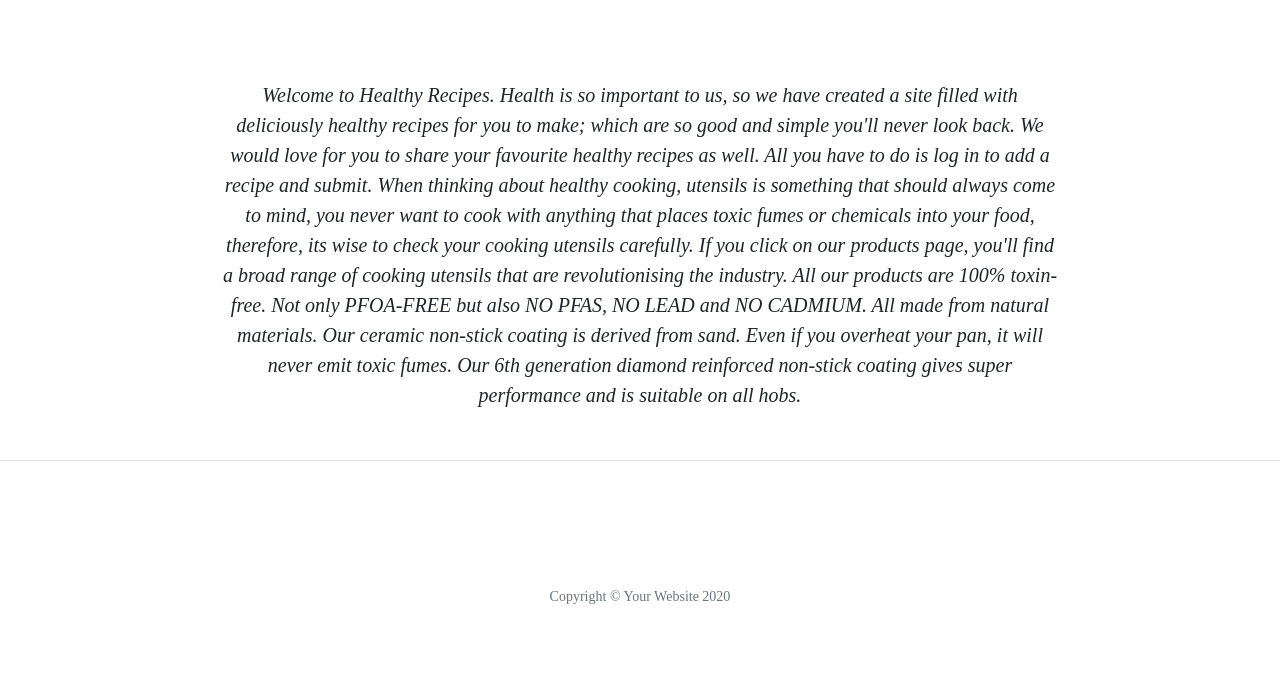
Repository: saffiya/cookbook
Page: http://localhost/
The author's editor kept a record of every edit. The page is drawn from the files as they stood at one moment, then again after the next edit.
The browser window is 1280 px wide. The pictures show the part of the page from y = 704 to 1396 px (the page is 1396 px tall).
The page is served by the project's application, run on Flask 3 (app.py). Other server files are loaded and not shown.

Above is the page before.

### templates/index.html
{% extends 'base.html' %} {% block content %}
<div class="row">
    <div class="col-lg-12 col-md-10 mx-auto intro-text">
        <p>Welcome to Healthy Recipes. Health is so important to us, so we have created a site filled with deliciously healthy recipes for you to make; which are so good and simple you'll never look back. We would love for you to share your favourite healthy
            recipes as well. All you have to do is log in to add a recipe and submit. When thinking about healthy cooking, utensils is something that should always come to mind, you never want to cook with anything that places toxic fumes or chemicals
            into your food, therefore, its wise to check your cooking utensils carefully. If you click on our products page, you'll find a broad range of cooking utensils that are revolutionising the industry. All our products are 100% toxin-free. Not
            only PFOA-FREE but also NO PFAS, NO LEAD and NO CADMIUM. All made from natural materials. Our ceramic non-stick coating is derived from sand. Even if you overheat your pan, it will never emit toxic fumes. Our 6th generation diamond reinforced
            non-stick coating gives super performance and is suitable on all hobs.
        </p>
    </div>
</div>
{% endblock %}

### templates/base.html
<!DOCTYPE html>
<html lang="en">

<head>
    <meta charset="UTF-8">
    <meta name="viewport" content="width=device-width, initial-scale=1.0">
    <meta http-equiv="X-UA-Compatible" content="ie=edge">
    <link rel="stylesheet" href="{{ url_for('static', filename='vendor/bootstrap/css/bootstrap.min.css') }}">
    <link href="https://fonts.googleapis.com/icon?family=Material+Icons" rel="stylesheet">
    <link rel="stylesheet" href="https://cdnjs.cloudflare.com/ajax/libs/materialize/1.0.0/css/materialize.min.css">
    <link rel="stylesheet" href="{{ url_for('static', filename='css/clean-blog.min.css') }}" type="text/css" />
    <link rel="stylesheet" href="{{ url_for('static', filename='css/style.css') }}" type="text/css" />


    <title>Home Page</title>
</head>

<body>
    Navigation
    <nav class="navbar navbar-expand-lg navbar-light fixed-top" id="mainNav">
        <div class="container">
            <a class="navbar-brand navbar-brand" href="{{ url_for('index') }}">Healthy Recipes</a>
            <button class="navbar-toggler navbar-toggler-right" type="button" data-toggle="collapse" data-target="#navbarResponsive" aria-controls="navbarResponsive" aria-expanded="false" aria-label="Toggle navigation">
         Menu
         <i class="fas fa-bars"></i>
             </button>
            <div class="collapse navbar-collapse" id="navbarResponsive">
                <ul class="navbar-nav ml-auto">
                    <li class="nav-item">
                        <a class="nav-link" href="{{ url_for('index') }}">Home</a>
                    </li>
                    <li class="nav-item">
                        <a class="nav-link" href="{{ url_for('recipes') }}"> Recipes</a>
                    </li>
                    <li class="nav-item">
                        <a class="nav-link" href="{{ url_for('products') }}">Our Products</a>
                    </li>
                    {% if session.user %}
                    <li class="nav-item {% if 'profile' in request.path %} active {% endif %}">
                        <a class="nav-link" href="{{url_for('profile', user=session.user)}}">Profile</a>
                    </li>
                    <li class="nav-item hidden-md-down">
                        <a class="nav-link" href="{{url_for('logout')}}">Logout</a>
                    </li>
                    {% else %}
                    <li class="nav-item hidden-md-down {% if 'register' in request.path %} active {% endif %}">
                        <a class="nav-link" href="{{url_for('register')}}">Register</a>
                    </li>
                    <li class="nav-item hidden-md-down {% if 'login' in request.path %} active {% endif %}">
                        <a class="nav-link" href="{{url_for('login')}}">Login</a>
                    </li>
                    {% endif %}
                </ul>
            </div>
        </div>
    </nav>


    <!-- Page Header -->
    {% if session.user %}
    <header class="masthead" style="background-image: url('{{ url_for('static', filename='img/spices_background.jpeg') }}')">
        <div class="overlay"></div>
        <div class="container">
            <div class="row">
                <div class="col-lg-8 col-md-10 mx-auto">
                    <div class="site-heading">
                        <h2>Healthy Recipes</h2>
                        <span class="subheading">Clean, healthy recipes to spice up your life. Enjoy our collection of healthy recipes and if you have any that you'd like to share click the button below. To make your life even easier, check out our products page for our range of kitchen tools.
                        </span>
                        <div class="button">
                            <a class="waves-effect waves-light btn" href="{{ url_for('addrecipe') }}">Add Recipe</a>
                        </div>
                    </div>
                </div>
            </div>
        </div>
    </header>
    {% else %}
    <header class="masthead" style="background-image: url('{{ url_for('static', filename='img/spices_background.jpeg') }}')">
        <div class="overlay"></div>
        <div class="container">
            <div class="row">
                <div class="col-lg-8 col-md-10 mx-auto">
                    <div class="site-heading">
                        <h2>Healthy Recipes</h2>
                        <span class="subheading">Clean, healthy recipes to spice up your life. Enjoy our collection of healthy recipes and if you have any that you'd like to share please log in and add your personal favourites. To make your life even easier, check out our products page for our range of kitchen tools. </span>
                    </div>
                </div>
            </div>
        </div>
    </header>
    {% endif %}

    <!-- Main Content -->
    <div class="container">

        {% block content %} {% endblock %}

    </div>

    <hr>

    <!-- Footer -->
    <footer>
        <div class="container">
            <div class="row">
                <div class="col-lg-8 col-md-10 mx-auto">
                    <ul class="list-inline text-center">
                        <li class="list-inline-item">
                            <a href="#">
                <span class="fa-stack fa-lg">
                  <i class="fas fa-circle fa-stack-2x"></i>
                  <i class="fab fa-twitter fa-stack-1x fa-inverse"></i>
                </span>
              </a>
                        </li>
                        <li class="list-inline-item">
                            <a href="#">
                <span class="fa-stack fa-lg">
                  <i class="fas fa-circle fa-stack-2x"></i>
                  <i class="fab fa-facebook-f fa-stack-1x fa-inverse"></i>
                </span>
              </a>
                        </li>
                        <li class="list-inline-item">
                            <a href="#">
                <span class="fa-stack fa-lg">
                  <i class="fas fa-circle fa-stack-2x"></i>
                  <i class="fab fa-github fa-stack-1x fa-inverse"></i>
                </span>
              </a>
                        </li>
                    </ul>
                    <p class="copyright text-muted">Copyright &copy; Your Website 2020</p>
                </div>
            </div>
        </div>
    </footer>

    <!-- Bootstrap core JavaScript -->
    <script src="{{ url_for('static', filename='vendor/jquery/jquery.min.js') }}"></script>
    <script src="{{ url_for('static', filename='vendor/bootstrap/js/bootstrap.bundle.min.js') }}"></script>

    <!-- Materialize -->
    <script src="https://cdnjs.cloudflare.com/ajax/libs/materialize/1.0.0/js/materialize.min.js"></script>
    <script type="text/javascript">
        $(document).ready(function() { $('select').formSelect(); });
    </script>


    <!-- Custom scripts for this template -->
    <script src="{{ url_for('static', filename='js/clean-blog.min.js') }}"></script>


</body>

</html>

### app.py
import os
import json
from flask import Flask, render_template, redirect, request, session, url_for, flash
from flask_pymongo import PyMongo
from bson.objectid import ObjectId
from slugify import slugify
from werkzeug.security import generate_password_hash, check_password_hash



app = Flask(__name__)
app.config["MONGO_DBNAME"] = 'cookbook'
app.config["MONGO_URI"] = 'mongodb+srv://saffiya:St4rl1ght@myfirstcluster-ysd9s.mongodb.net/cookbook?retryWrites=true&w=majority'
app.config['SECRET_KEY'] = "secretkey"

mongo = PyMongo(app)

@app.route('/')

@app.route("/")
def index():
    return render_template("index.html")

@app.route("/products")
def products():
    return render_template("products.html", page_title="Our Products")

@app.route("/addrecipe.html")
def addrecipe():
    return render_template("addrecipe.html",
    categories=mongo.db.categories.find(), page_title="Add A Recipe")

@app.route('/edit_recipe/<recipe_id>')
def edit_recipe(recipe_id):
	the_recipe = mongo.db.recipes.find_one({"_id": ObjectId(recipe_id)})
	all_categories = mongo.db.categories.find()
	return render_template('editrecipe.html', recipe=the_recipe, categories=all_categories, page_title="Edit Recipe")

@app.route('/update_recipe/<recipe_id>', methods=["POST"])
def update_recipe(recipe_id):
	recipes = mongo.db.recipes
	recipes.update( {'_id': ObjectId(recipe_id)},
	{
		'name':request.form.get['recipe.name'],
		'time':request.form.get['recipe.time'],
		'serves':request.form.get['recipe.serves'],
		'difficulty':request.form.get['recipe.difficulty'],
		'category_name':request.form.get['recipe.category_name'],
		'description':request.form.get['recipe.description'],
		'image_source':request.form.get['recipe.image_source'],
		'ingredients':request.form.get['recipe.ingredients'],
		'method_one':request.form.get['recipe.method_one'],
		'method_two':request.form.get['recipe.method_two'],
		'method_three':request.form.get['recipe.method_three'],
		'method_four':request.form.get['recipe.method_four'],
	})
	return redirect(url_for('recipes'))

@app.route('/delete_recipe/<recipe_id>')
def delete_recipe(recipe_id):
	mongo.db.recipes.remove({'_id': ObjectId(recipe_id)})
	return redirect(url_for('recipes'))

@app.route('/search', methods=['GET'])
def search():
	recipes = mongo.db.recipes.find({ 'name': { '$regex': request.args.get('q'), '$options': 'i' } })
	return render_template("recipes.html", page_title="Recipes", recipes=recipes)

@app.route('/search_ingredients', methods=['GET'])
def search_ingredients():
	recipes = mongo.db.recipes.find({ 'ingredients': { '$regex': request.args.get('q'), '$options': 'i' } })
	return render_template("recipes.html", page_title="Recipes", recipes=recipes)


@app.route('/insert_recipe', methods=['POST'])
def insert_recipe():
    sluggify_url = slugify(request.form.get("name"))
    recipes = mongo.db.recipes
    recipe_id = recipes.insert_one(request.form.to_dict())
    myrecipe = { }
    recipe = mongo.db.recipes.find_one_and_update({'_id': ObjectId(recipe_id.inserted_id)}, {'$set': {'sluggify_url': sluggify_url}})
    recipe = mongo.db.recipes.find_one_and_update({'_id': ObjectId(recipe_id.inserted_id)}, {'$set': {'username': session['user']}})

    return redirect(url_for('recipes_recipe', recipe_id = recipe_id.inserted_id, sluggify_url = sluggify_url))


@app.route("/recipes")
def recipes():
    recipes = mongo.db.recipes.find()
    return render_template("recipes.html", page_title="Recipes", recipes=recipes)

@app.route("/recipes/<recipe_id>/<sluggify_url>")
def recipes_recipe(recipe_id, sluggify_url):
    recipe = mongo.db.recipes.find_one({"_id": ObjectId(recipe_id)})
    return render_template("recipe.html", recipe=recipe)


# Login
@app.route('/login', methods=['GET'])
def login():
	# Check if user is not logged in already
	if 'user' in session:
		user_in_db = mongo.db.users.find_one({"username": session['user']})
		if user_in_db:
			# If so redirect user to his profile
			flash("You are logged in already!")
			return redirect(url_for('profile', user=user_in_db['username']))
	else:
		# Render the page for user to be able to log in
		return render_template("login.html")

# Check user login details from login form
@app.route('/user_auth', methods=['POST'])
def user_auth():
	form = request.form.to_dict()
	user_in_db = mongo.db.users.find_one({"username": form['username']})
	# Check for user in database
	if user_in_db:
		# If passwords match (hashed / real password)
		if check_password_hash(user_in_db['password'], form['user_password']):
			# Log user in (add to session)
			session['user'] = form['username']
			# If the user is admin redirect him to admin area
			if session['user'] == "admin":
				return redirect(url_for('admin'))
			else:
				flash("You were logged in!")
				return redirect(url_for('profile', user=user_in_db['username']))

		else:
			flash("Wrong password or user name!")
			return redirect(url_for('login'))
	else:
		flash("You must be registered!")
		return redirect(url_for('register'))

# Sign up
@app.route('/register', methods=['GET', 'POST'])
def register():
	# Check if user is not logged in already
	if 'user' in session:
		flash('You are already sign in!')
		return redirect(url_for('index'))
	if request.method == 'POST':
		form = request.form.to_dict()
		# Check if the password and password1 actualy match
		if form['user_password'] == form['user_password1']:
			# If so try to find the user in db
			user = mongo.db.users.find_one({"username" : form['username']})
			if user:
				flash(f"{form['username']} already exists!")
				return redirect(url_for('register'))
			# If user does not exist register new user
			else:
				# Hash password
				hash_pass = generate_password_hash(form['user_password'])
				#Create new user with hashed password
				mongo.db.users.insert_one(
					{
						'username': form['username'],
						'email': form['email'],
						'password': hash_pass
					}
				)
				# Check if user is actualy saved
				user_in_db = mongo.db.users.find_one({"username": form['username']})
				if user_in_db:
					# Log user in (add to session)
					session['user'] = user_in_db['username']
					return redirect(url_for('profile', user=user_in_db['username']))
				else:
					flash("There was a problem savaing your profile")
					return redirect(url_for('register'))

		else:
			flash("Passwords dont match!")
			return redirect(url_for('register'))

	return render_template("register.html")

# Log out
@app.route('/logout')
def logout():
	# Clear the session
	session.clear()
	flash('You were logged out!')
	return redirect(url_for('index'))

# Profile Page
@app.route('/profile/<user>')
def profile(user):
	# Check if user is logged in
	if 'user' in session:
		# If so get the user and pass him to template for now
		user_in_db = mongo.db.users.find_one({"username": user})
		recipes = mongo.db.recipe.find({"username": session['user']})
		return render_template('profile.html', user=user_in_db, recipes=recipes)
	else:
		flash("You must be logged in!")
		return redirect(url_for('index'))

if __name__ == '__main__':
    app.run(host=os.environ.get('IP'),
        port=int(os.environ.get('PORT')),
        debug=True)

### static/css/style.css
.col-md-5 img {
    width: inherit;
}

.btn {
    padding: 0px 0px;
}

.btn_small {
    margin: 5px 5px;
    padding: 0 0.5em;
}

#alerts {
    position: absolute;
    display: none;
    min-height: 50px;
    top: 95%;
    left: 0;
    z-index: 999;
    background-color: rgba(0, 0, 0, 0.5);
    color: #ffffff;
}

#alerts p {
    margin: 10px 0px;
}

@media only screen and (min-width:992px) {
    #mainNav {
        border-bottom: 1px solid transparent;
        background: 0 0
    }
    #mainNav .navbar-brand {
        padding: 0px 10px;
        color: #fff
    }
    #mainNav .navbar-brand:focus,
    #mainNav .navbar-brand:hover {
        color: rgba(255, 255, 255, .8)
    }
    #mainNav .navbar-nav>li.nav-item>a {
        padding: 10px 10px;
        color: #fff
    }
    #mainNav .navbar-nav>li.nav-item>a:focus,
    #mainNav .navbar-nav>li.nav-item>a:hover {
        color: rgba(255, 255, 255, .8)
    }
}

/* ------ All screens smaller then an IPad (768 x 1024)----*/

@media (max-width:768px) {
    .intro-text {
        color: #212529;
        font-style: italic;
        text-align: center;
        font-size: initial;
    }
}



.intro-title {
    text-align: center;
}

.intro-text {
    color: #212529;
    font-style: italic;
    text-align: center;
}

Loaded but not shown: static/css/clean-blog.min.css (library); static/js/clean-blog.min.js (common file)

After the next edit:
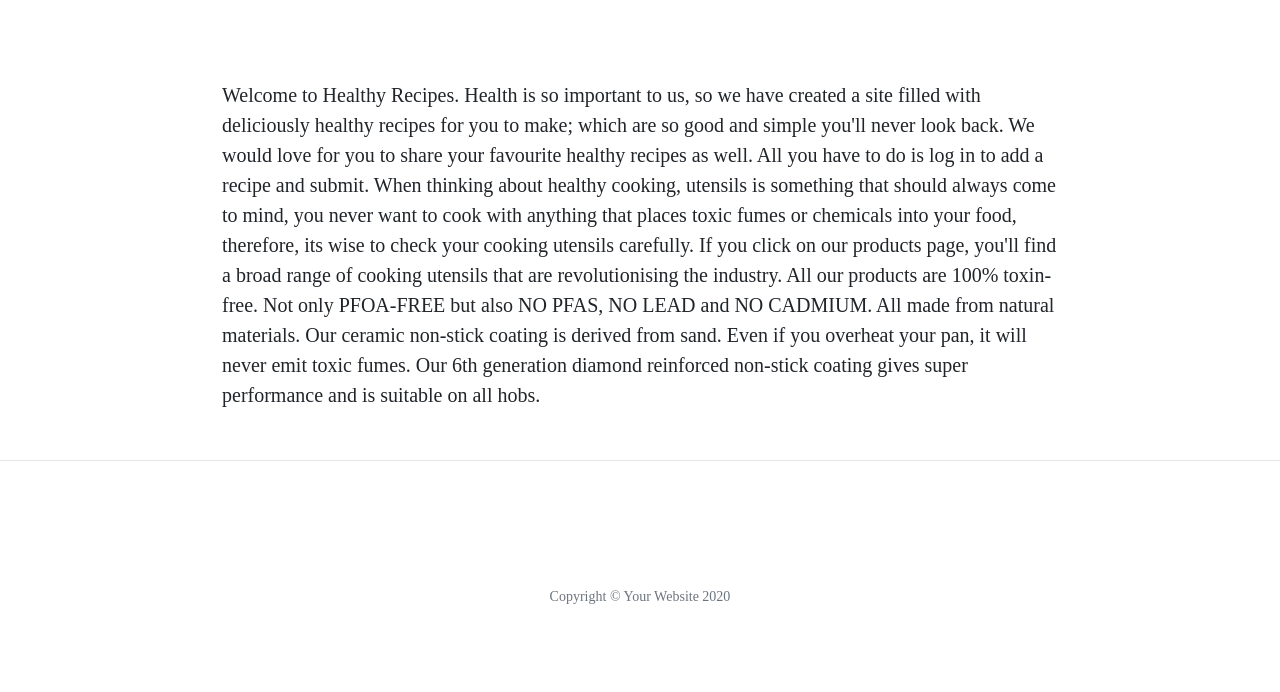
The edit:
--- a/static/css/style.css
+++ b/static/css/style.css
@@ -60,8 +60,7 @@
     }
 }
 
-
-
+@media (min-width:768) {
 .intro-title {
     text-align: center;
 }

After the edit that followed:
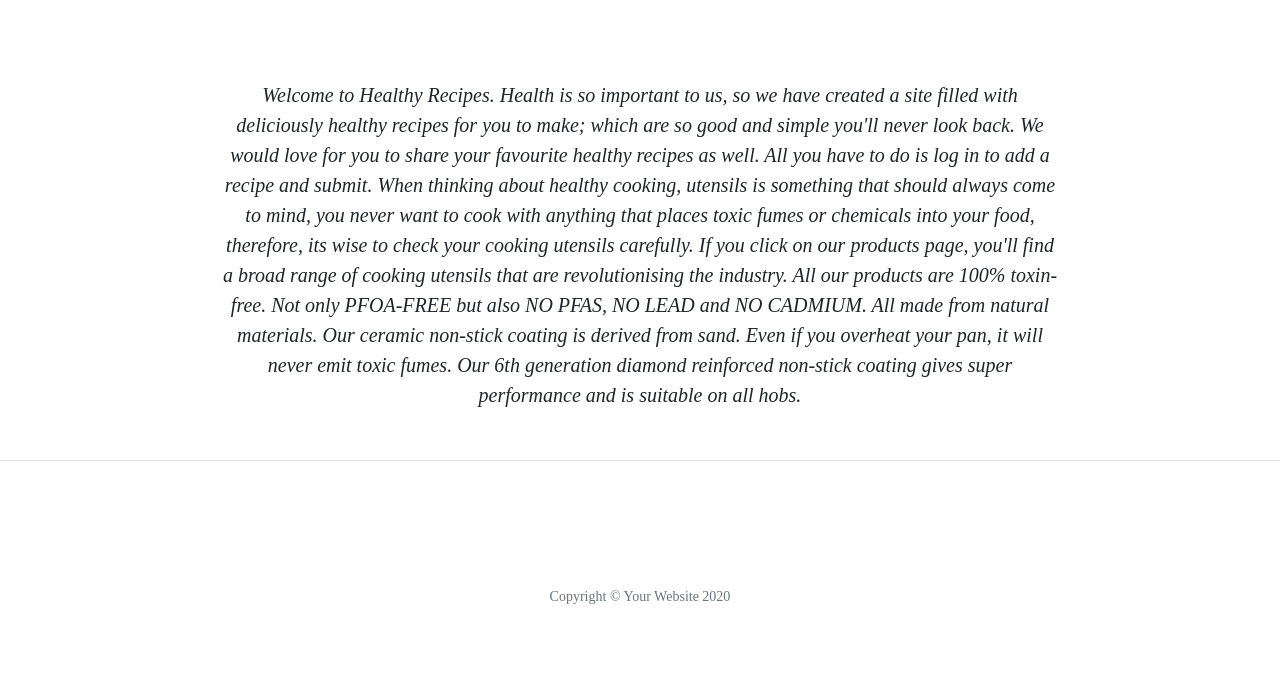
The edit:
--- a/static/css/style.css
+++ b/static/css/style.css
@@ -60,13 +60,14 @@
     }
 }
 
-@media (min-width:768) {
-.intro-title {
-    text-align: center;
+@media (min-width:768px) {
+    .intro-title {
+        text-align: center;
+    }
+
+    .intro-text {
+        color: #212529;
+        font-style: italic;
+        text-align: center;
+    }
 }
-
-.intro-text {
-    color: #212529;
-    font-style: italic;
-    text-align: center;
-}
